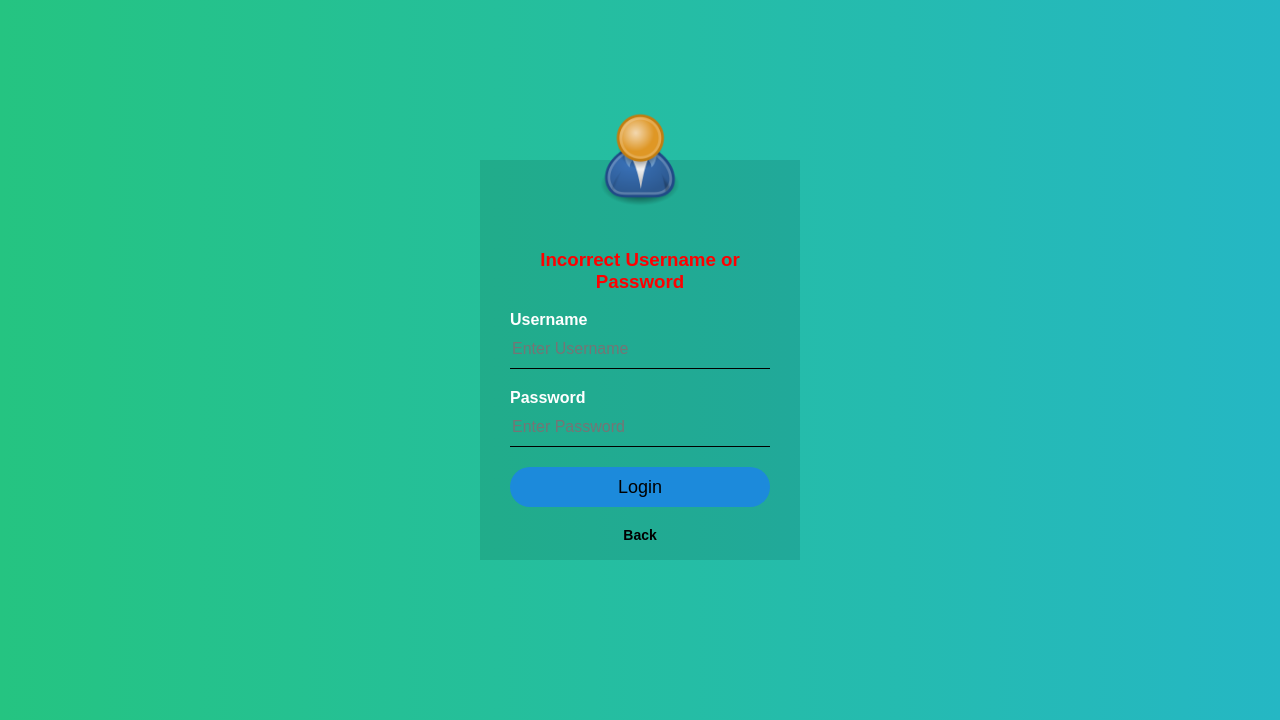
Repository: AlkaDas991/Dbms
Page: Student Record Management/WebContent/success.html
An editor plug-in stored every save of this project. The page is shown before and after the next save, followed by the edit.
The browser window is 1280 px wide. The pictures show the whole page.

Above is the page before, as saved 2021-03-12 19:40:15.

After the next save:
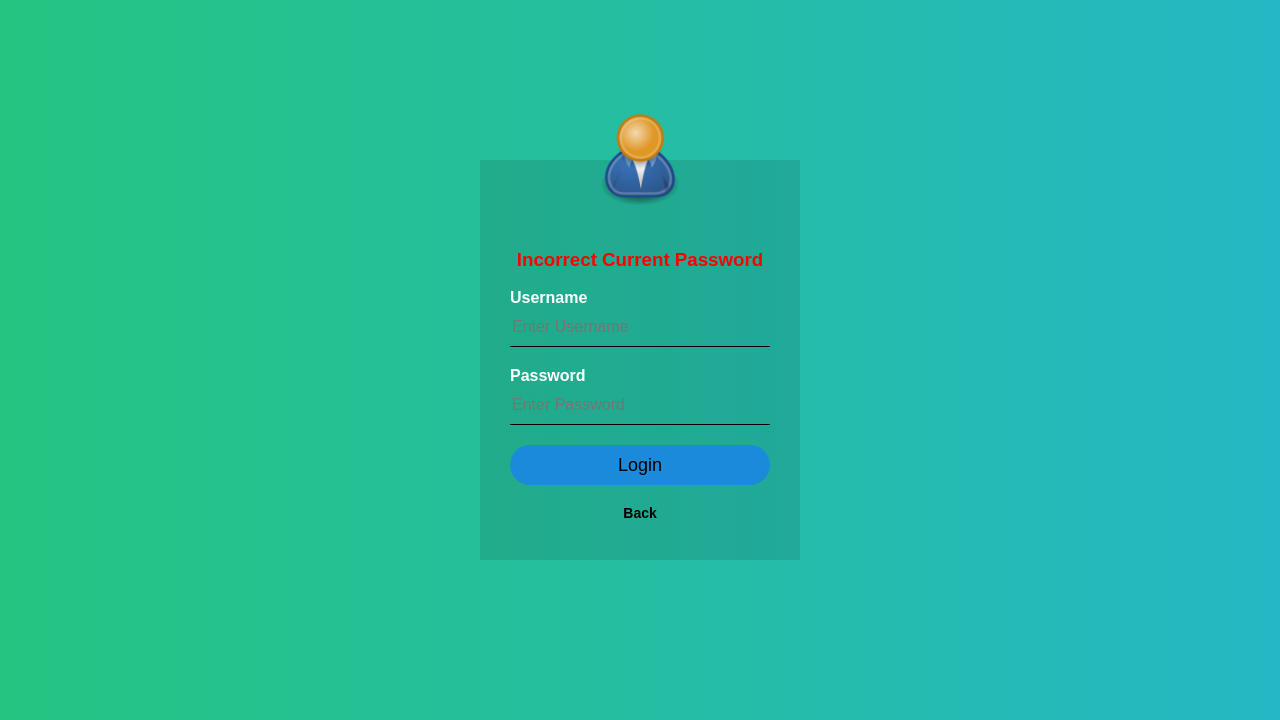
Saved 26 s later.
--- a/Student Record Management/WebContent/success.html
+++ b/Student Record Management/WebContent/success.html
@@ -14,7 +14,7 @@ color:red;
     <form method="post" action="adminLogin">
     <div class="login-box">
     <img src="user.png" class="avatar">
-        <h3><center>Incorrect Username or Password</center></h3>
+        <h3><center>Incorrect Current Password</center></h3>
             <p>Username</p>
             <input type="text" name="username" placeholder="Enter Username" required="required">
             <p>Password</p>
